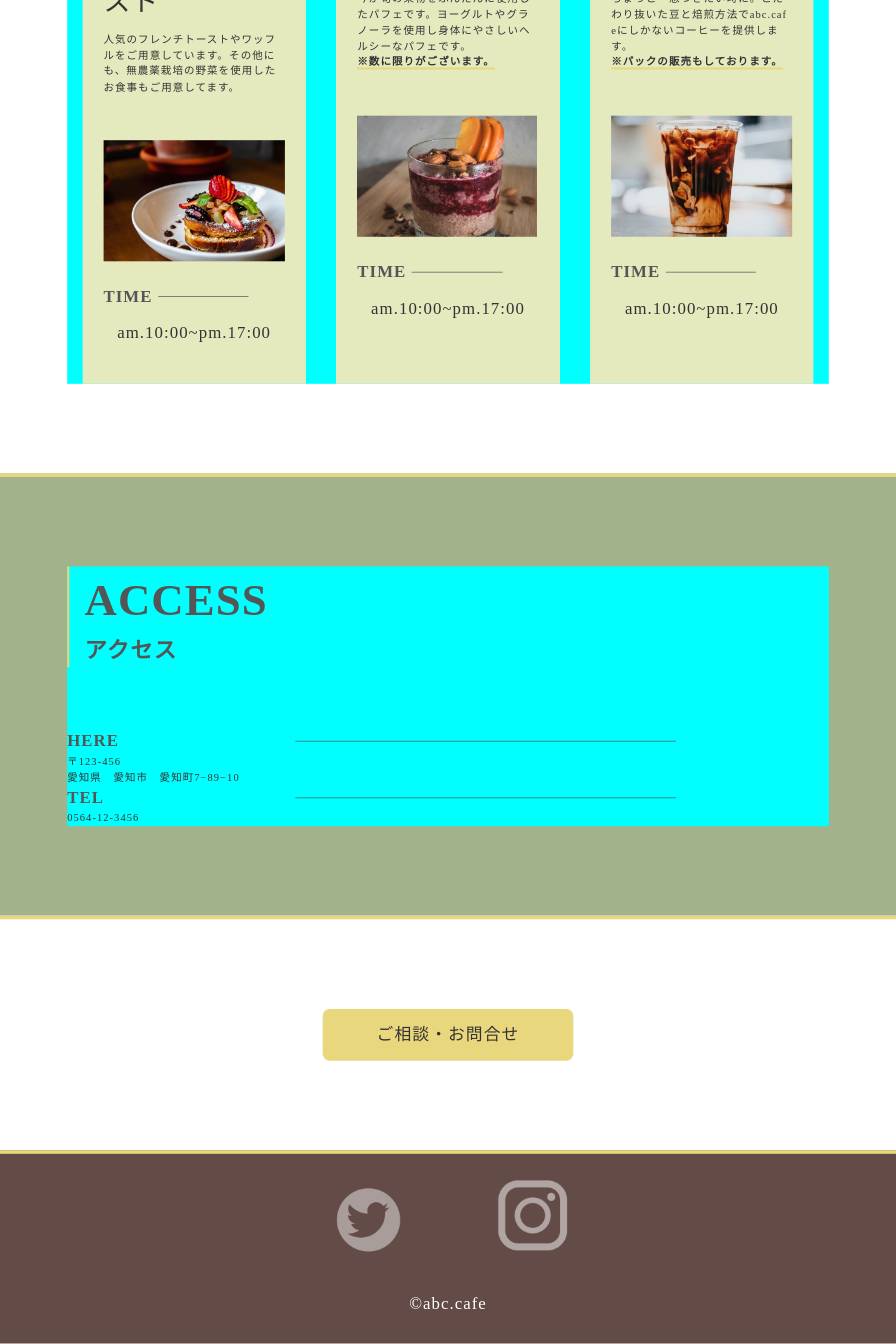
Repository: nozomi-23/lp1_test
Page: index.html
These files come from the project's save history. The page is drawn as it stood at one moment and after the next save; the edit follows.
The browser window is 1280 px wide. The pictures show the part of the page from y = 3545 to 5465 px (the page is 5465 px tall), at 70% of full size.
The pointer rests on the first visible `.footer_sns`.

Above is the page before, as saved 2022-06-08 23:21:33.

After the next save:
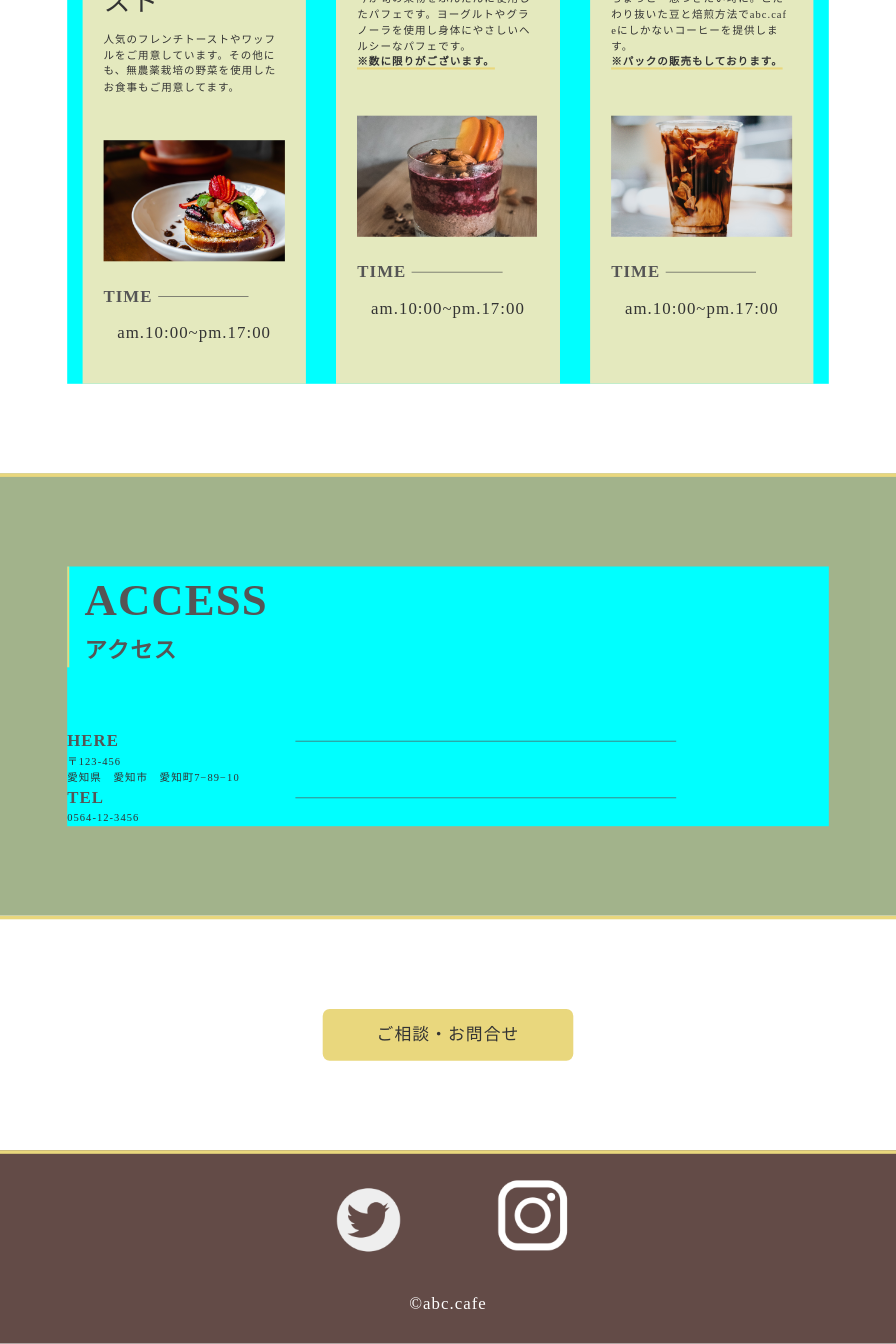
Saved 11 s later.
--- a/css/common.css
+++ b/css/common.css
@@ -269,7 +269,7 @@ footer
   display: flex;
   justify-content: center;
 }
-.footer_sns:hover {
+.sns_twitter:hover {
   opacity: 0.5;
 }
 .footer_sns li {
